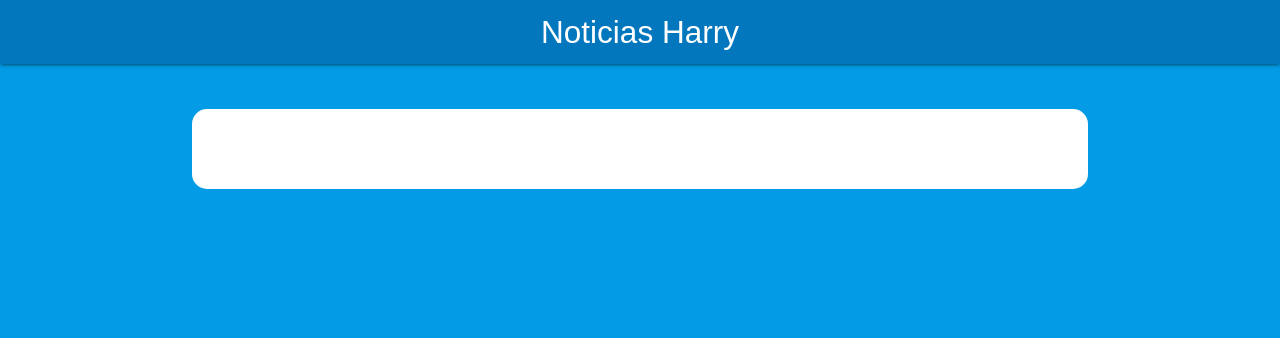
Repository: harrycampaz/news-react
Page: /
These files come from the project's save history. The page is drawn as it stood at one moment and after the next save; the edit follows.
The browser window is 1280 px wide. The pictures show the whole page.
The page's requests for data from a server got no answer. The project was rebuilt for these pictures with package versions that can differ from the ones it lists, and the page was loaded fresh each time. No one was signed in, and anything a server would have sent is missing. Also part of the build but not shown: src/components/news/News.js.

Above is the page before, as saved 2020-01-17 13:19:32.

### public/index.html
<!DOCTYPE html>
<html lang="en">
  <head>
    <meta charset="utf-8" />
    <link rel="icon" href="%PUBLIC_URL%/favicon.ico" />
    <meta name="viewport" content="width=device-width, initial-scale=1" />
    <meta name="theme-color" content="#000000" />
    <meta
      name="description"
      content="Web site created using create-react-app"
    />
    <link rel="apple-touch-icon" href="%PUBLIC_URL%/logo192.png" />
    <!--
      manifest.json provides metadata used when your web app is installed on a
      user's mobile device or desktop. See https://developers.google.com/web/fundamentals/web-app-manifest/
    -->
    <link rel="manifest" href="%PUBLIC_URL%/manifest.json" />
    <link rel="stylesheet" href="https://cdnjs.cloudflare.com/ajax/libs/materialize/1.0.0/css/materialize.min.css">
    <link href="https://fonts.googleapis.com/css?family=Raleway:700,900" rel="stylesheet">





    <!--
      Notice the use of %PUBLIC_URL% in the tags above.
      It will be replaced with the URL of the `public` folder during the build.
      Only files inside the `public` folder can be referenced from the HTML.

      Unlike "/favicon.ico" or "favicon.ico", "%PUBLIC_URL%/favicon.ico" will
      work correctly both with client-side routing and a non-root public URL.
      Learn how to configure a non-root public URL by running `npm run build`.
    -->
    <title>React App</title>
  </head>
  <body>
    <noscript>You need to enable JavaScript to run this app.</noscript>
    <div id="root"></div>
    <!--
      This HTML file is a template.
      If you open it directly in the browser, you will see an empty page.

      You can add webfonts, meta tags, or analytics to this file.
      The build step will place the bundled scripts into the <body> tag.

      To begin the development, run `npm start` or `yarn start`.
      To create a production bundle, use `npm run build` or `yarn build`.
    -->
    <script src="https://cdnjs.cloudflare.com/ajax/libs/materialize/1.0.0/js/materialize.min.js"></script>
    <script>
     document.addEventListener('DOMContentLoaded', function() {
         var elements = document.querySelectorAll('select');
         M.FormSelect.init(elements);
     });
   </script>
  </body>
</html>

### src/index.css
body {
  margin: 0;
  padding: 0;
  font-family: sans-serif;
}

body {
  background-color: #039be5;
}
.card-content h3 {
  font-size: 1.4rem;
}
.row {
  display: flex;
  flex-wrap: wrap;
}
.contenedor-noticias {
  padding: 2rem;
  border-radius: 1rem;
  margin-top: 3rem;
}

.buscador {
  margin-top: 2rem;
  margin-bottom: 2rem;
  text-align: left;
}
.buscador label {
  font-size: 2rem;
  color: black;
}
.dropdown-content li>span {
  color: black;
}
.select-wrapper input.select-dropdown:focus {
  border-bottom: 1px solid #e64a19!important;
}
h2 {
  font-family: 'Raleway', sans-serif;
  font-weight: 900;
  font-size: 2rem;
  text-transform: uppercase;
  text-align: center;
}

.card-action .btn {
  width: 100%;
}
.enviar input[type="submit"] {
  width: 100%;
}

.fade-enter {
  opacity: 0;
  transform: scale(1.25);
}
.fade-enter.fade-enter-active {
  opacity: 1;
  transition: all .5s ease-in;
  transform: scale(1);
}

.fade-exit {
  opacity: 1;
  transform: scale(1.25);
}
.fade-exit.fade-exit-active {
  opacity: 0;
  transition: all .5s ease-in;
  transform: scale(1);
}

### src/App.js
import React, { Component, Fragment } from 'react';
import Header from './components/Header';
import ListNews from './components/news/ListNews';

class App extends Component {

  state = {

    news: []
  }
  async componentDidMount(){

    this.getNoticias();

  }

  getNoticias =  async () => {
    const url = `https://newsapi.org/v2/top-headlines?country=co&category=sports&apiKey=e2e31acf44744967adbfc05c32672e50`;

    const response = await fetch(url);
    const news = await response.json();

    this.setState({
      news: news.articles
    })
  }

  render() {
    return (

      <Fragment>
      <Header titulo= "Noticias Harry"/>
      <div className ="container white contenedor-noticias">

<ListNews news = {this.state.news}/>

      </div>
      </Fragment>
    );
  }
}

export default App;

### src/components/Header.js
import React from 'react';

const Header = ({titulo}) => {
    return (
        <nav className ="nav-wrapper light-blue darken-3">

    <a href="" className ="brand-logo center"> {titulo}</a>
        </nav>
    );
};

export default Header;

### src/components/news/ListNews.js
import React from 'react';
import News from './News';

const ListNews = ({news}) => {
    return (
        <div className="row">
            {news.map(newsItem => {
               return <News key={newsItem.url} newsItem ={newsItem} />
            })}
        </div>
    );
};

export default ListNews;

### src/components/Search.js
import React from 'react';

const Search = () => {
    return (
        <div className="buscardor row">
            <div className = "col s12 m8 offset-2">
                <form>
                    <h2>
                        Categorias
                    </h2>
                </form>
            </div>


        </div>
    );
};

export default Search;

Loaded but not shown: src/index.js (common file); src/serviceWorker.js (common file)

After the next save:
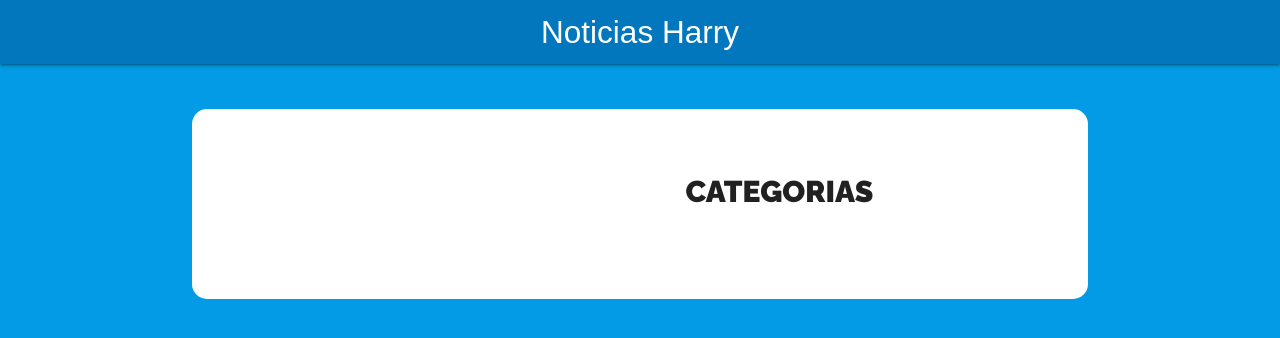
Saved 18 s later.
--- a/src/App.js
+++ b/src/App.js
@@ -1,6 +1,7 @@
 import React, { Component, Fragment } from 'react';
 import Header from './components/Header';
 import ListNews from './components/news/ListNews';
+import Search from './components/Search';
 
 class App extends Component {
 
@@ -32,6 +33,7 @@ class App extends Component {
       <Header titulo= "Noticias Harry"/>
       <div className ="container white contenedor-noticias">
 
+<Search/>
 <ListNews news = {this.state.news}/>
 
       </div>
